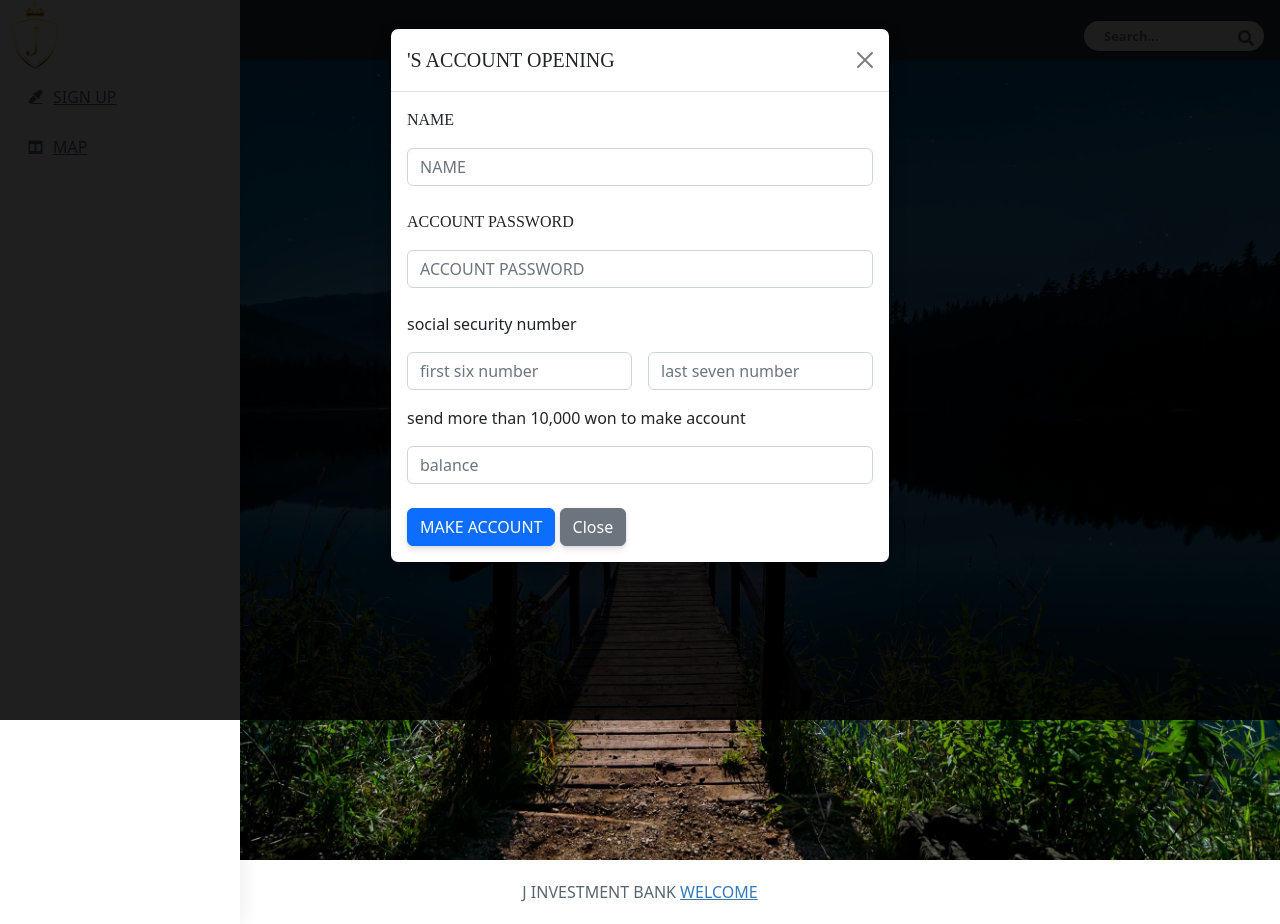
Repository: chopilyeon/HanaOpenBanking
Page: http://localhost/OpenBanking/jsp/bank/openAccount.jsp
These files come from the project's save history. The page is drawn as it stood at one moment and after the next save; the edit follows.
The browser window is 1280 px wide. The pictures show the whole page.
Some web fonts or font styles are not loaded; a fallback is used. The page is served by Tomcat 9.

Above is the page before, as saved 2022-07-15 07:06:16.
Console error: TypeError: Cannot read properties of null (reading 'querySelector')

After the next save:
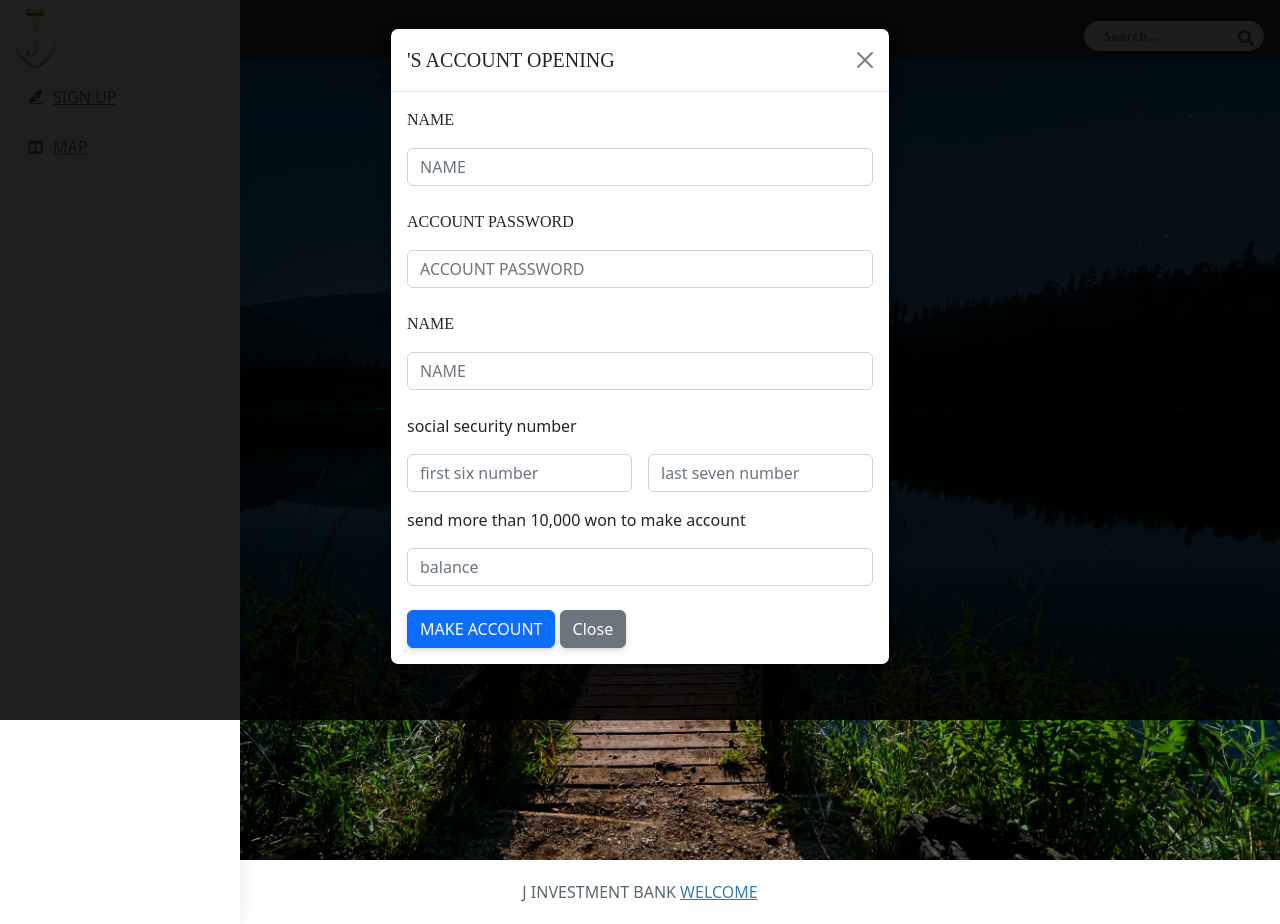
Saved 49 s later.
--- a/OpenBanking/src/main/webapp/jsp/bank/openAccount.jsp
+++ b/OpenBanking/src/main/webapp/jsp/bank/openAccount.jsp
@@ -178,8 +178,12 @@
 			<p>
 			ACCOUNT PASSWORD
 			</p>
-
 			<input type="password" name="password" size=20 placeholder="ACCOUNT PASSWORD" class="form-control"><br>
+
+			<p>
+			NAME
+			</p>
+			<input type="text" name="name" size=20 placeholder="NAME" class="form-control"><br>
 
 
 
